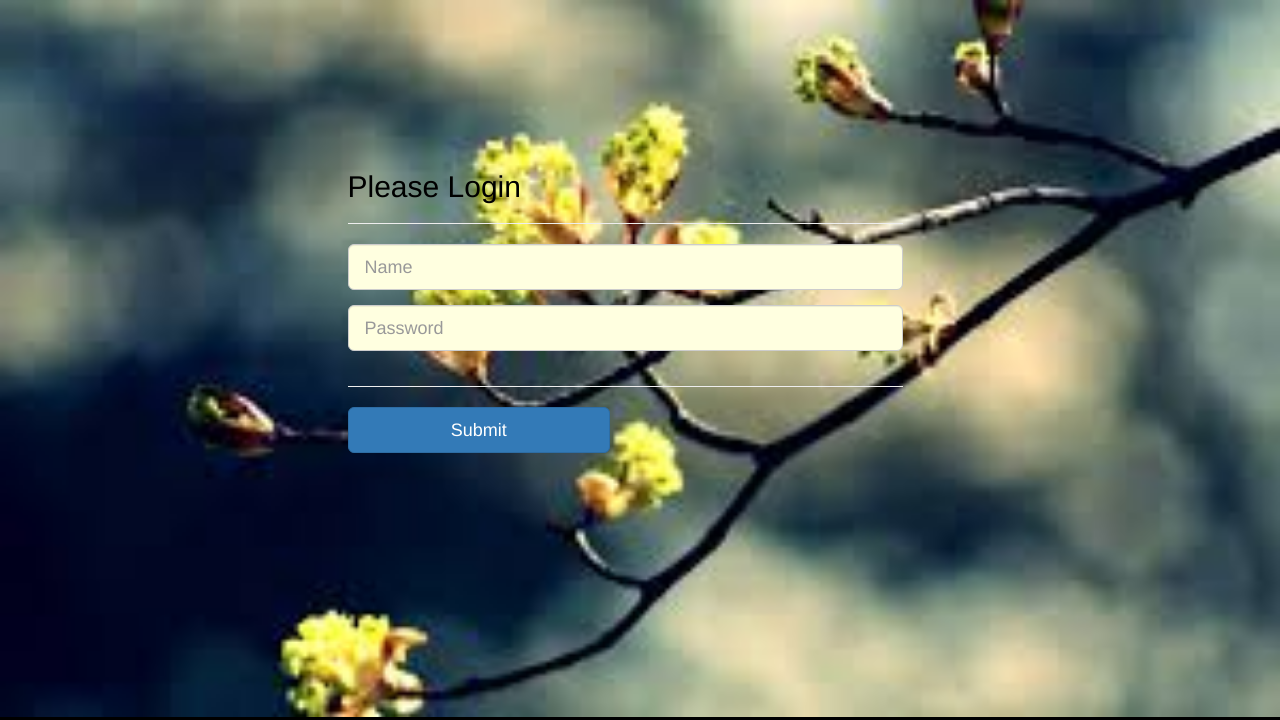
Repository: 123poornima/UpdatedSecondProject
Page: frontendPro/WebContent/_user/login.html
These files come from the project's save history. The page is drawn as it stood at one moment and after the next save; the edit follows.
The browser window is 1280 px wide. The pictures show the whole page.

Above is the page before, as saved 2017-01-10 08:52:54.

### frontendPro/WebContent/_user/login.html
<!DOCTYPE html>
<html>
<head>
<meta charset="ISO-8859-1">
<link rel="stylesheet" href="http://maxcdn.bootstrapcdn.com/bootstrap/3.3.7/css/bootstrap.min.css">

<!-- jQuery library -->
<script src="https://ajax.googleapis.com/ajax/libs/jquery/1.12.4/jquery.min.js"></script>

<!-- Latest compiled JavaScript -->
<script src="http://maxcdn.bootstrapcdn.com/bootstrap/3.3.7/js/bootstrap.min.js"></script>
<title>Insert title here</title>
<style>
body{
background-image: url(resources/images/secpro4.jpg);
background-size:     cover;
    background-repeat:   no-repeat;
    background-color:black;
 }
</style>
</head>
<body>
<div class="container" style="align:center; margin: 150px 0px 0px 40px">
   <div class="row">
    <div class="col-xs-12 col-sm-8 col-md-6 col-sm-offset-4 col-md-offset-3">


          <h2 style="color:#000000">Please Login</h2>
	     <hr class="colorgraph">
        <div class="row">
				<div class="col-sm-12 ">
					<div class="form-group">
						<input style="background-color:#FFFFE0" type="text" ng-model="user.username" placeholder="Name" name="username" class="form-control input-lg"  />
					</div>
		       </div>
		 </div>

		 <div class="row">
				<div class="col-xs-12">
					<div class="form-group">
						<input style="background-color:#FFFFE0" type="password"  name="password" ng-model="user.password" placeholder="Password" class="form-control input-lg"  tabindex="2" />
					</div>
			 </div>
		</div>
			<hr class="colorgraph">
 			<div class="row">
				<div class="col-xs-12 col-md-6"><input type="submit" ng-click="submit()" class="btn btn-primary btn-block btn-lg" tabindex="7"></div>

			</div>

			</div>
	  </div>
	</div>
</body>
</html>

After the next save:
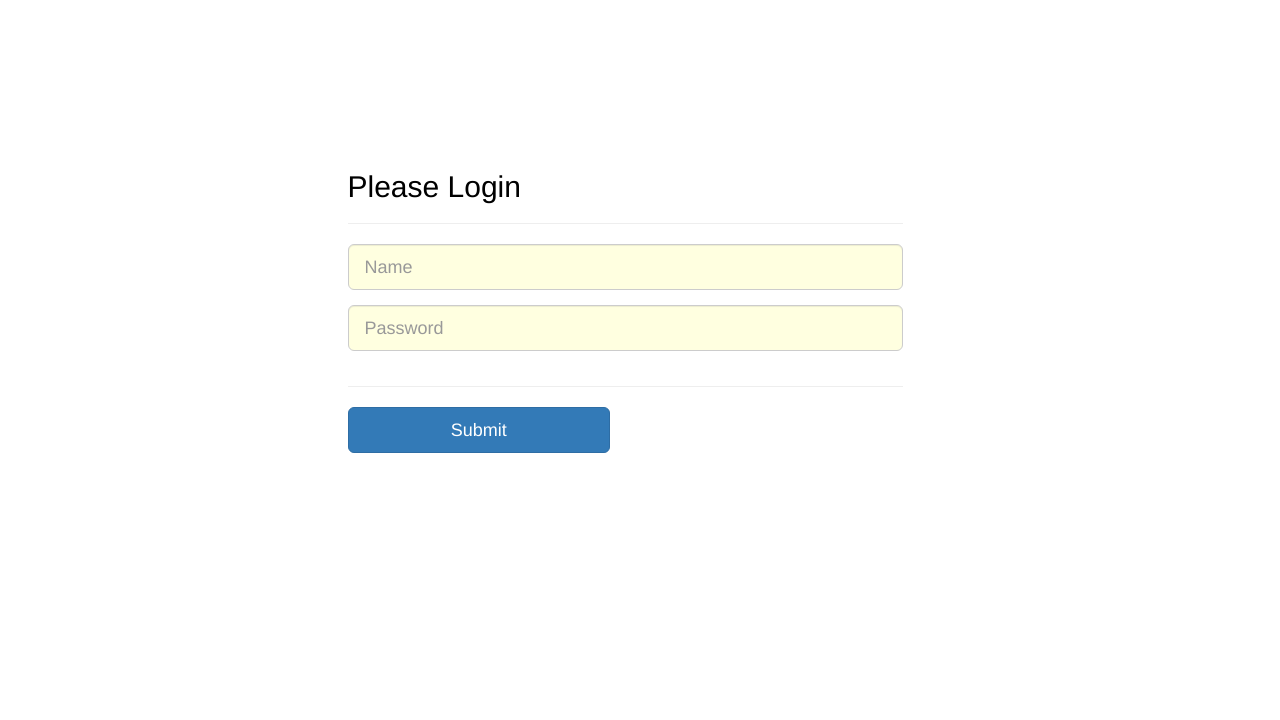
Saved 8 min 17 s later.
--- a/frontendPro/WebContent/_user/login.html
+++ b/frontendPro/WebContent/_user/login.html
@@ -10,14 +10,14 @@
 <!-- Latest compiled JavaScript -->
 <script src="http://maxcdn.bootstrapcdn.com/bootstrap/3.3.7/js/bootstrap.min.js"></script>
 <title>Insert title here</title>
-<style>
+<!-- <style>
 body{
 background-image: url(resources/images/secpro4.jpg);
 background-size:     cover;
     background-repeat:   no-repeat;
     background-color:black;
  }
-</style>
+</style> -->
 </head>
 <body>
 <div class="container" style="align:center; margin: 150px 0px 0px 40px">
